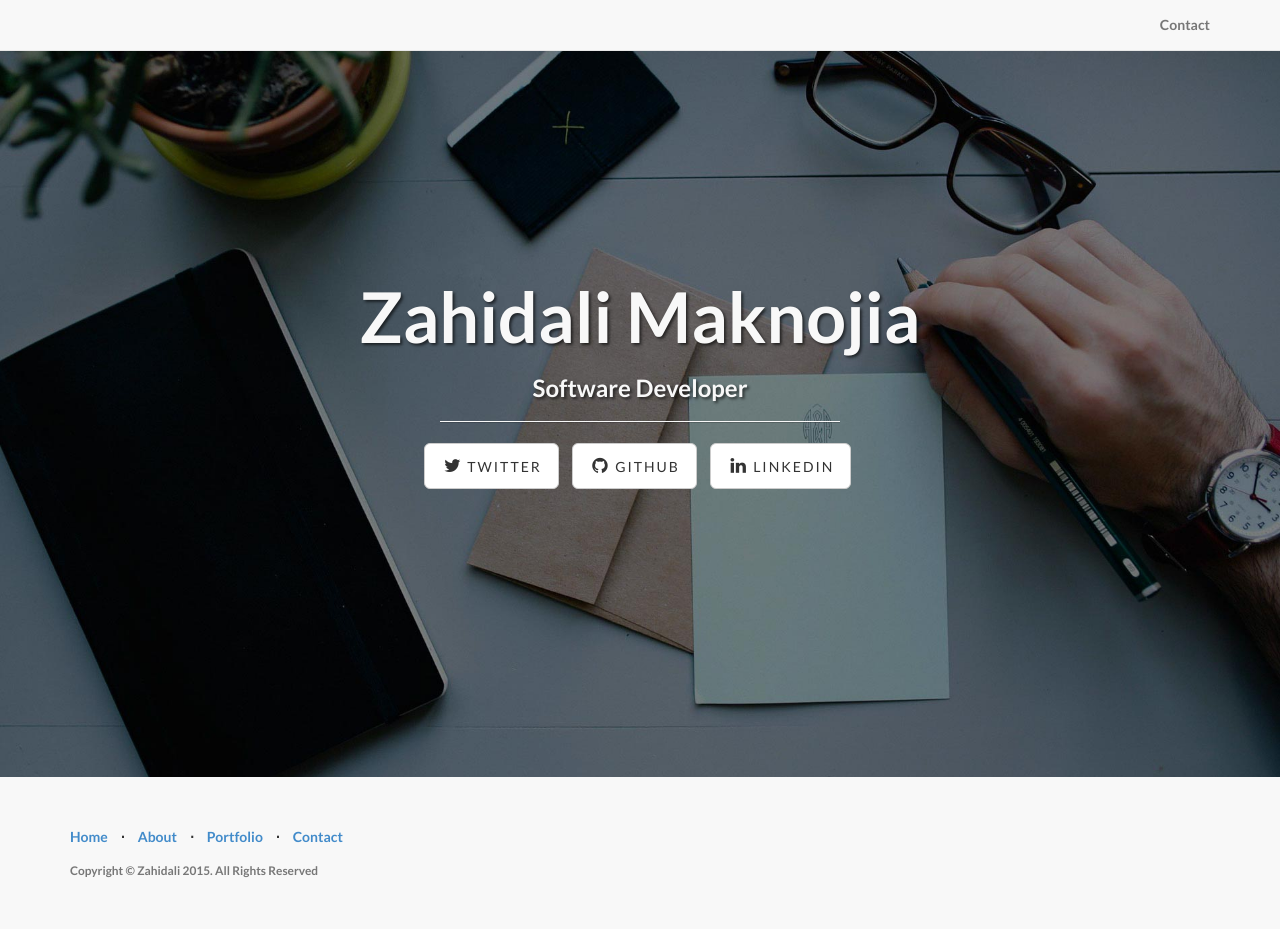
Repository: zahidmak/zahidmak.github.io
Page: index.html
The author's editor kept a record of every edit. The page is drawn from the files as they stood at one moment, then again after the next edit.
The browser window is 1280 px wide. The pictures show the whole page.

Above is the page before.

After the next edit:
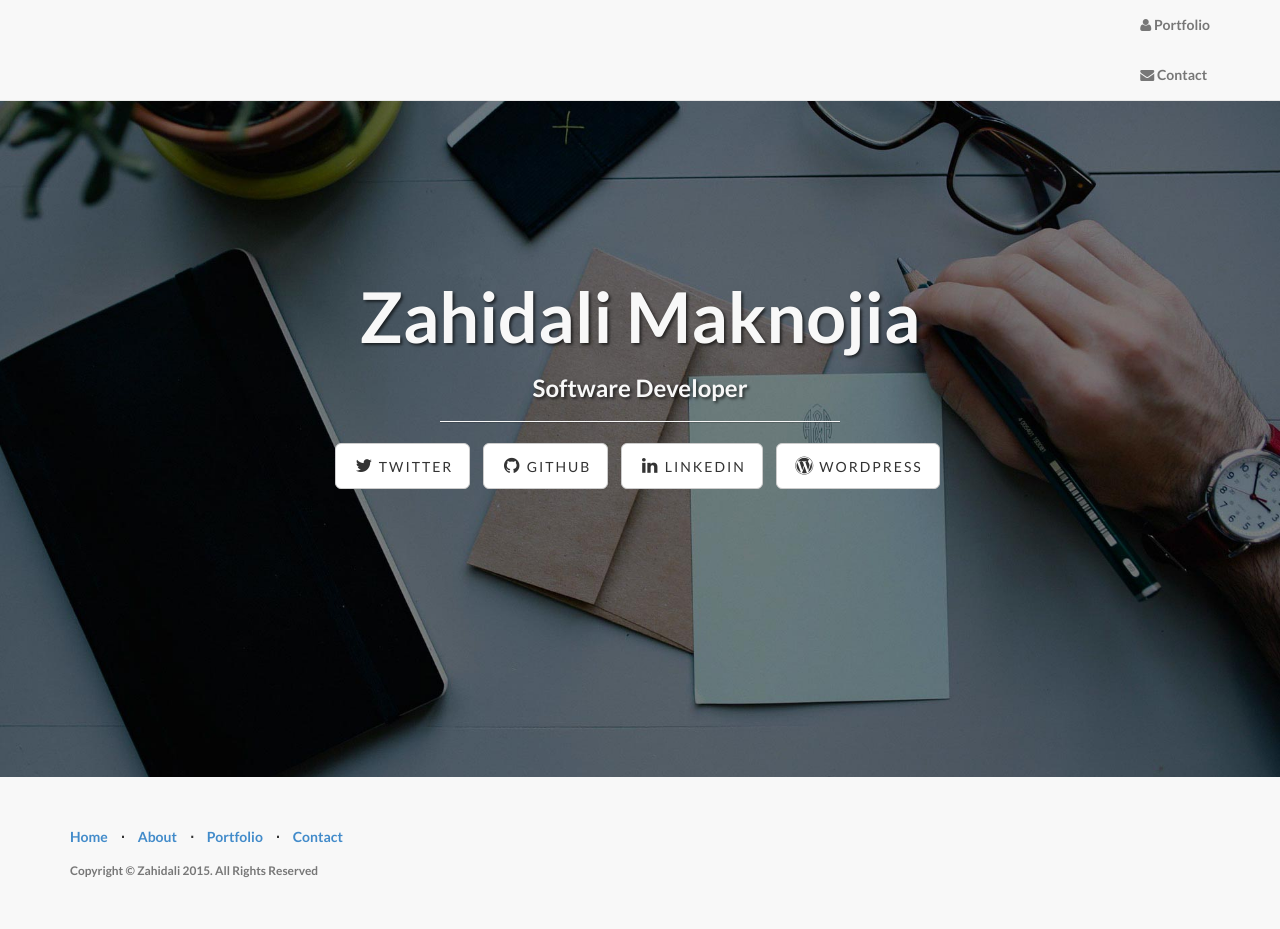
The edit:
--- a/index.html
+++ b/index.html
@@ -65,7 +65,8 @@
                         <a href="#">Portfolio</a>
                     </li> -->
                     <li>
-                        <a href="#">Contact</a>
+                         <a href="/portfolio.html"><i class="fa fa-user"></i> Portfolio</a>
+                        <a href="mailto:zahid2304@gmail.com"><i class="fa fa-envelope"></i> Contact</a>
                     </li>
                 </ul>
             </div>
@@ -87,13 +88,16 @@
                         <hr class="intro-divider">
                         <ul class="list-inline intro-social-buttons">
                             <li>
-                                <a href="https://twitter.com/zahid_mak" class="btn btn-default btn-lg"><i class="fa fa-twitter fa-fw"></i> <span class="network-name">Twitter</span></a>
+                                <a href="https://twitter.com/zahid_mak" class="btn btn-default btn-lg" target="_blank"><i class="fa fa-twitter fa-fw"></i> <span class="network-name">Twitter</span></a>
                             </li>
                             <li>
-                                <a href="https://github.com/zahidmak" class="btn btn-default btn-lg"><i class="fa fa-github fa-fw"></i> <span class="network-name">Github</span></a>
+                                <a href="https://github.com/zahidmak" class="btn btn-default btn-lg" target="_blank"><i class="fa fa-github fa-fw"></i> <span class="network-name">Github</span></a>
                             </li>
                             <li>
-                                <a href="https://ca.linkedin.com/pub/zahidali-maknojia/23/954/9b/" class="btn btn-default btn-lg"><i class="fa fa-linkedin fa-fw"></i> <span class="network-name">Linkedin</span></a>
+                                <a href="https://ca.linkedin.com/pub/zahidali-maknojia/23/954/9b/" target="_blank" class="btn btn-default btn-lg"><i class="fa fa-linkedin fa-fw"></i> <span class="network-name">Linkedin</span></a>
+                            </li>
+                               <li>
+                                <a href="https://zahidmak.wordpress.com/" class="btn btn-default btn-lg" target="_blank"><i class="fa fa-wordpress fa-fw"></i> <span class="network-name">Wordpress</span></a>
                             </li>
                         </ul>
                     </div>
@@ -218,11 +222,11 @@
                         </li>
                         <li class="footer-menu-divider">&sdot;</li>
                         <li>
-                            <a href="#services">Portfolio</a>
+                            <a href="/portfolio.html">Portfolio</a>
                         </li>
                         <li class="footer-menu-divider">&sdot;</li>
                         <li>
-                            <a href="#contact">Contact</a>
+                            <a href="mailto:zahid2304@gmail.com">Contact</a>
                         </li>
                     </ul>
                     <p class="copyright text-muted small">Copyright &copy; Zahidali 2015. All Rights Reserved</p>
